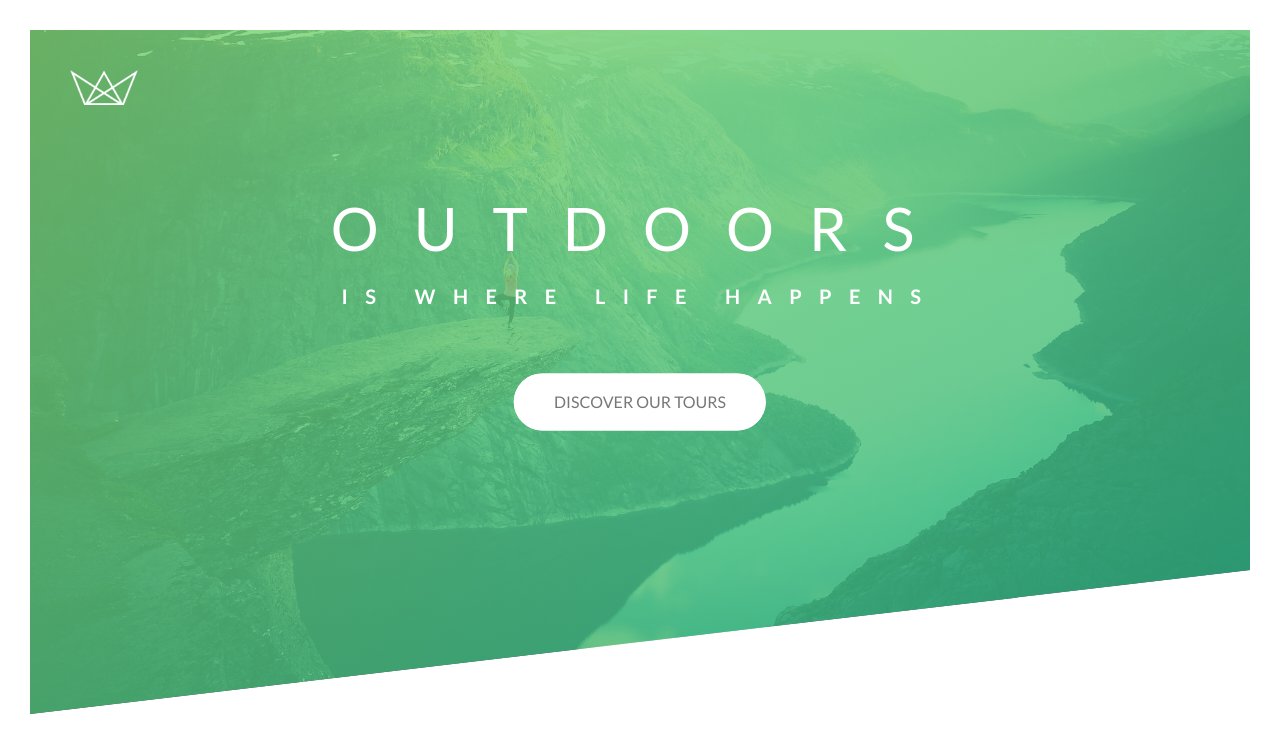
Repository: MalgorzataMazur/Natours
Page: index.html
An editor plug-in stored every save of this project. The page is shown before and after the next save, followed by the edit.
The browser window is 1280 px wide. The pictures show the whole page.

Above is the page before, as saved 2020-01-13 00:50:03.

### index.html
<!DOCTYPE html>
<html lang="en">
<head>
    <meta charset="UTF-8">
    <meta name="viewport" content="width=device-width, initial-scale=1.0">
    <meta http-equiv="X-UA-Compatible" content="ie=edge">

    <link href="https://fonts.googleapis.com/css?family=Lato:100,300,400,700,900" rel="stylesheet">


    <link rel="stylesheet" href="css/style.css">
    <link rel="shortcut icon" type="image/png" href="img/favicon.png">

    <title>Natours | Exciting tours for adventurous people</title>
</head>
<body>
    <header class="header">  <!-- green field -->
        <div class="logo-box">
            <img src="img/logo-white.png" alt="Logo" class="logo">
        </div>

        <div class="text-box">
            <h1 class="heading-primary">
                <span class="heading-primary-main">Outdoors</span>
                <span class="heading-primary-sub">is where life happens</span>
            </h1>
            <a href="#" class="btn btn-white">Discover our tours</a>
        </div>

    </header>
</body>
</html>

### css/style.css
/*
COLORS:

Light green: #7ed56f
Medium green: #55c57a
Dark green: #28b485

*/

/* universal selector */    /* that is BASIC RESET! */
* {
    margin: 0;
    padding: 0;
    box-sizing: border-box;
}

body {
    font-family: "Lato", sans-serif;          /* FONT HERE IN BODY BECASUE IS USUALLY IHERITATED */
    font-weight: 400;
    font-size: 16px;
    line-height: 1.7;                       /* 1.7 x higher than earlier defined height of line */
    color: #777;
    padding: 30px;                          /* around all website white strap */
}

.header {
    height: 95vh;                          /* a#7ed56f, t the boottom left white strap 5% */
    background-image: linear-gradient(
        to right bottom,                     /* define gradient here linear, from wich side sholuld starts here in line gradienfrom the left top to the right, colours */
        rgba(126, 213, 111, 0.8),
        rgba(40, 180, 131, 0.8)),
        url(../img/hero.jpg);
    background-size: cover;
    background-position: top;
    position: relative;

    clip-path: polygon(0 0, 100% 0, 100% 75vh, 0 100%);  /* do wedge (kiln, wcięcie) just to clip from one side, w do polygon (wilokat) we move every single corner move clockwise x & y)  */

}

.logo-box {
    position: absolute;                    /* in the left corner */
    top: 40px;
    left: 40px;
}

.logo {
    height: 35px;;
}

.text-box {
    position: absolute;
    top: 40%;                          /* top&left they're in relation to the parent element  */
    left: 50%;
    transform: translate(-50%, -50%);         /*translation  is in relation to the elemnet itself; header promary I mean an element to be centered we have to shifted 50% of height and width of element not parent */
    text-align: center;                /* button at the center */
}

.heading-primary {
    color: #ffffff;
    text-transform: uppercase;

    backface-visibility: hidden;
    margin-bottom: 60px;                 /* a little bit like to the top, shaky and it is to fix it  */
}

.heading-primary-main {
    display: block;
    font-size: 60px;
    font-weight: 400;
    letter-spacing: 35px;

    animation-name: moveInLeft;               /*  for animation to woerk there're two only properties to specify aniamtion name and the anim ation duration */
    animation-duration: 1s;
    animation-timing-function: ease-out;       /* define how animation will proceed slow/fast; ease-out the anim will start faster and then will become slower by the end */


    /*animation-delay: 3s;*/              /* set a delay we can in animation */
    /*animation-iteration-count: 3; */          /* how many times animation should happens */

}

.heading-primary-sub {
    display: block;
    font-size: 20px;
    font-weight: 700;
    letter-spacing: 17.4px;
    animation: moveInRight 1s ease-out;

}

@keyframes moveInLeft {            /* ANIMATION we started from @keyframes and name of animation;NOW I can specify whnt I want to happen in each moment of time of the animation  */
    0% {                          /* initial state */
       opacity: 0;                         /* first we wanted to be visible so opacity 0 and in the end opacity 1; opacity is one of properties that we animated here and transform property second */
       transform: translateX(-100px);        /* the element comes in from the left side */
    }                                          /* rotate(180deg) */

    80% {
        transform: translateX(10px);        /* to the right side goes */
    }

    100% {                        /* final state */
        opacity: 1;                         /* first we wanted to be visible so opacity 0 and in the end opacity 1 */
        transform: translate(0);     /* it's gonna look exactly right now */
    }
}


@keyframes moveInRight {
       0% {
        opacity: 0;
        transform: translateX(100px);      /* moves to the right */
    }

    80% {
        transform: translateX(-10px);
    }

    100% {
        opacity: 1;
        transform: translate(0);
    }
}

.btn:link,
.btn:visited {
    text-transform: uppercase;
    text-decoration: none;
    padding: 15px 40px;
    display: inline-block;              /* if specufypadding, width, height of elemet thay sholud be display as a inline-block */
    border-radius: 100px;
    transition: all .2s;
    position: relative;
}

.btn:hover {
    transform: translateY(-3px);                       /* element moves up */
    box-shadow: 0 10px 20px rgba(0, 0, 0,.2);                       /* move x, y, blur, color */
}

.btn:active {
    transform: translateY(-1px);
    box-shadow: 0 5px 10px rgba(0, 0, 0,.2)
}
.btn-white {
    background-color: #fff;
    color: #777;
}
.btn::after {                           /* pseudoelement is like a child of btn */
    content: "";
    display: inline-block;
    height: 100%;
    width: 100%;
    border-radius: 100px;
    position: absolute;               /* behind actual btn we  use position abs */
    top: 0;
    left: 0;
    z-index: -1;
    transition: all .4s;;

}

.btn-white::after {
    background-color: #fff;
}

.btn:hover::after {
    transform: scaleX(1.4) scaleY(1.6);
    opacity: 0;
}

After the next save:
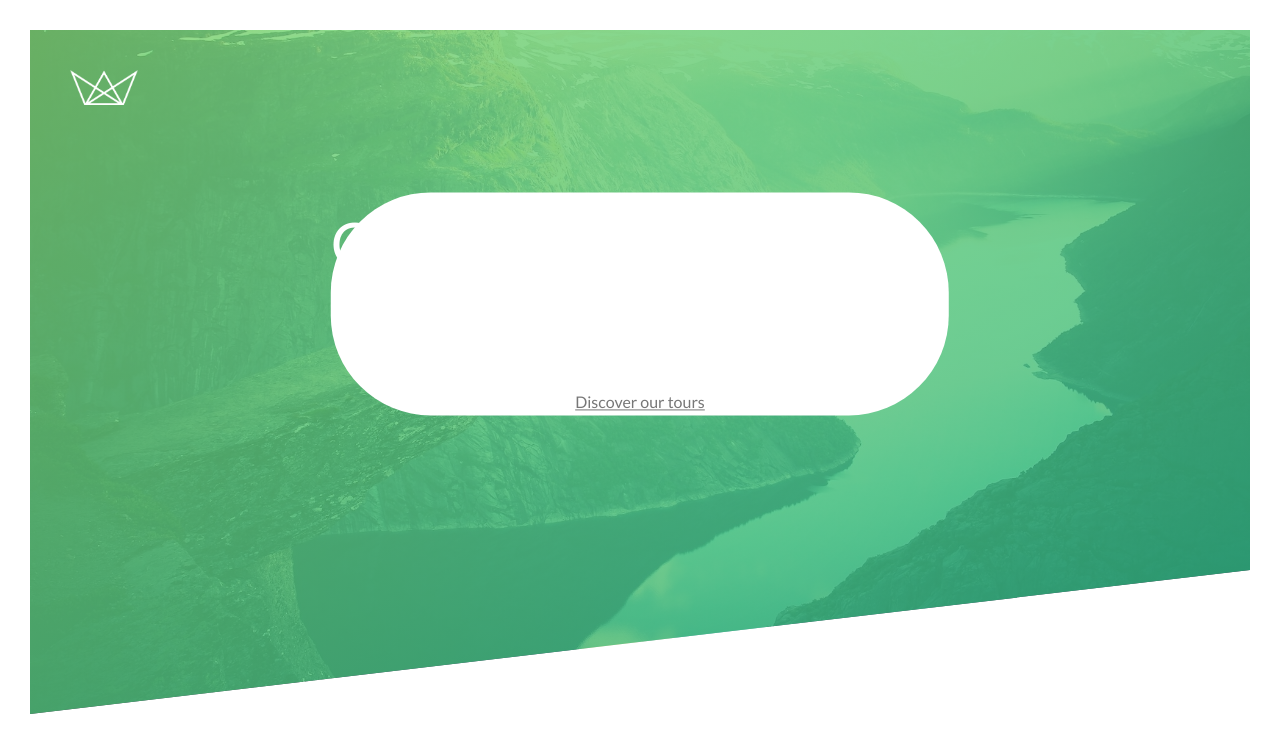
Saved 3 min 51 s later.
--- a/css/style.css
+++ b/css/style.css
@@ -121,6 +121,18 @@
         transform: translate(0);
     }
 }
+/*
+@keyframes moveInBottom {
+    0% {
+     opacity: 0;
+     transform: translateX(100px);      /* moves to the right */
+ }
+
+ 100% {
+     opacity: 1;
+     transform: translate(0);
+ }
+} */
 
 .btn:link,
 .btn:visited {

After the save that followed:
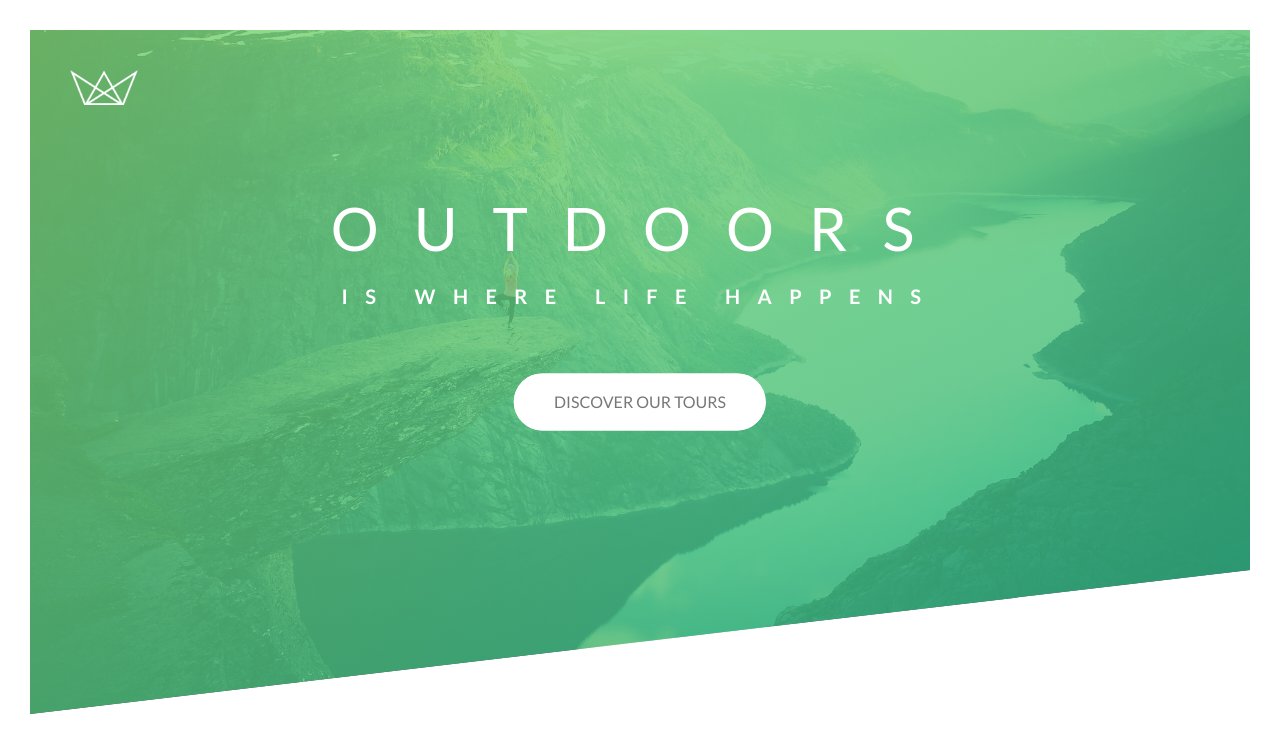
Saved 57 s later.
--- a/css/style.css
+++ b/css/style.css
@@ -121,18 +121,18 @@
         transform: translate(0);
     }
 }
-/*
+
 @keyframes moveInBottom {
     0% {
      opacity: 0;
-     transform: translateX(100px);      /* moves to the right */
+     transform: translateY(-100px);      /* moves to the right */
  }
 
  100% {
      opacity: 1;
      transform: translate(0);
  }
-} */
+}
 
 .btn:link,
 .btn:visited {
